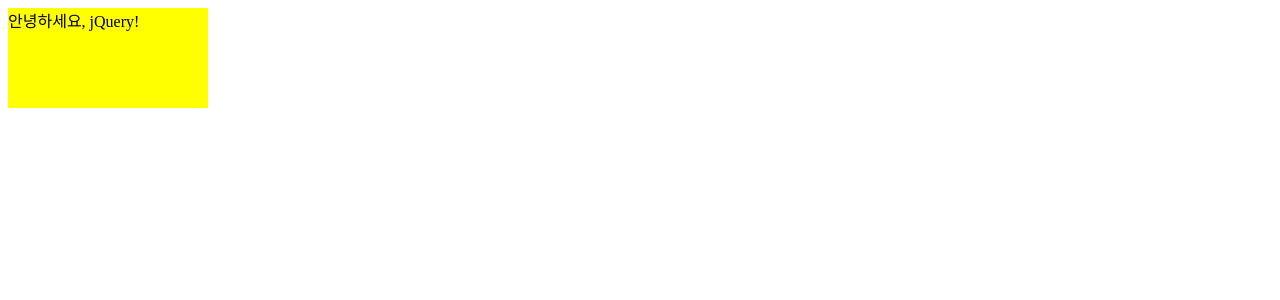
Repository: l3asic/TeamC
Page: 09.jQuery/WebContent/jq02.html
The author's editor kept a copy of each file at every save. The page is drawn from the files as they stood at one save, then again after the next save.
The browser window is 1280 px wide. The pictures show the whole page.

Above is the page before, as saved 2021-12-08 06:06:07.

### 09.jQuery/WebContent/jq02.html
<!DOCTYPE html>
<html>
<head>
<meta charset="UTF-8">
<title>jQuery02</title>
</head>
<body>
<div style="background-color: yellow; width: 200px; height: 100px;">
안녕하세요, jQuery!
</div>
</body>
</html>

After the next save:
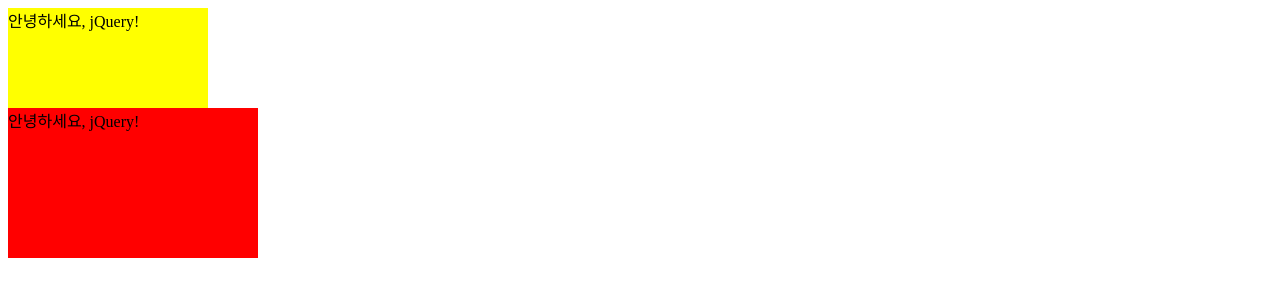
Saved 116 s later.
--- a/09.jQuery/WebContent/jq02.html
+++ b/09.jQuery/WebContent/jq02.html
@@ -3,10 +3,22 @@
 <head>
 <meta charset="UTF-8">
 <title>jQuery02</title>
+<style type="text/css">
+.bg{
+	background-color: red;
+	width: 250px;
+	height: 150px;
+}
+</style>
 </head>
 <body>
 <div style="background-color: yellow; width: 200px; height: 100px;">
 안녕하세요, jQuery!
 </div>
+
+<div class="bg">
+안녕하세요, jQuery!
+</div>
+
 </body>
 </html>
